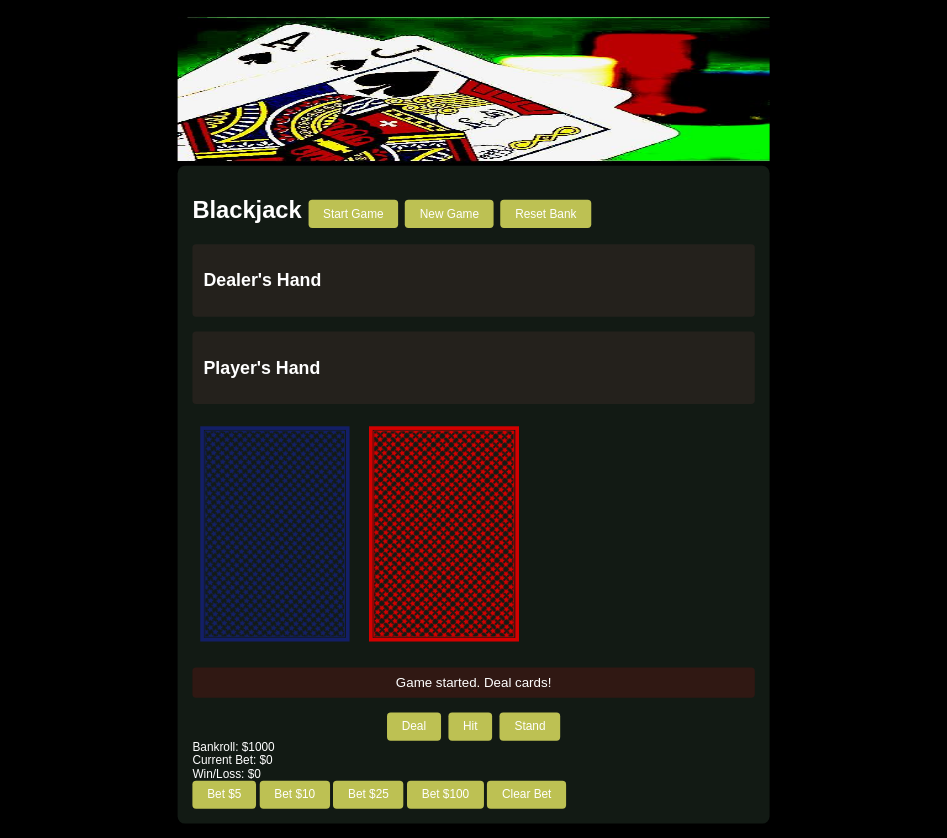
Repository: fahad7252/project-1-blackjack
Page: index.html
The author's editor kept a copy of each file at every save. The page is drawn from the files as they stood at one save, then again after the next save.
The browser window is 1280 px wide. The pictures show the whole page, at 74% of full size.

Above is the page before, as saved 2024-12-02 16:51:40.
Console error: ReferenceError: handleDeal is not defined

### index.html
<!DOCTYPE html>
<html lang="en">
<head>
    <meta charset="UTF-8">
    <meta name="viewport" content="width=device-width, initial-scale=1.0">
    <title>Blackjack Game</title>
    <link rel="stylesheet" href="css/main.css" type="text/css">
    <link rel="stylesheet" href="css/cardstarter.css" type="text/css">
</head>
<body>
    <img src="blackjack.JPG"  class="landing-image">
    <div class="game-board">
        <h1>Blackjack <button id="start-button">Start Game</button>
             <button id="new-game-button">New Game</button>
             <button id="reset-bank-button">Reset Bank</button></h1>
         <div class="hand">
            <h2>Dealer's Hand</h2>
            <div id="dealer-hand"></div>
        </div>

        <div class="hand">
            <h2>Player's Hand</h2>
            <div id="player-hand"></div>
        </div>
        <h3><img src="/images/backs/blue.svg" alt="blue card">
            <img src="/images/backs/red.svg" alt="red card">
        </h3>

        <div id="message">Game started. Deal cards!</div>

        <div class="controls">
            <button id="deal-button">Deal</button>
            <button id="hit-button">Hit</button>
            <button id="stand-button">Stand</button>

        </div>
        <div class="bank-stats">
            <div>Bankroll: $<span id="bankroll">1000</span></div>
            <div>Current Bet: $<span id="current-bet">0</span></div>
            <div>Win/Loss: $<span id="win-loss">0</span></div>
        </div>

        <div class="betting-controls">
            <button id="bet-5">Bet $5</button>
            <button id="bet-10">Bet $10</button>
            <button id="bet-25">Bet $25</button>
            <button id="bet-100">Bet $100</button>
            <button id="clear-bet">Clear Bet</button>
        </div>
    </div>
    <div class="card09"></div>
    <script defer src="js/main.js"></script>
</body>
</html>

### css/main.css
body {
    font-family: Arial, sans-serif;
    max-width: 800px;
    margin: 0 auto;
    padding: 20px;
    background-color: #000000;
    color: white;
}
.landing-image { width: 100%;
     height: auto;
     max-height: 200px;
}
.game-board {
    background-color: #121a14;
    padding: 20px;
    border-radius: 10px;
    box-shadow: 0 0 10px rgba(0, 0, 0, 0.3);
    height: auto;
}
.hand {
    margin: 20px 0;
    padding: 15px;
    background-color: rgba(113, 62, 62, 0.2);
    border-radius: 5px;
}
.controls {
    display: flex;
    gap: 10px;
    justify-content: center;
    margin-top: 20px;
}
button {
    padding: 10px 20px;
    font-size: 16px;
    cursor: pointer;
    background-color: #bdc153;
    color: white;
    border: none;
    border-radius: 5px;
}
button:disabled {
    background-color: #cccccc;
    cursor: not-allowed;
}
#message {
    text-align: center;
    font-size: 18px;
    margin: 20px 0;
    padding: 10px;
    background-color: rgba(168, 17, 17, 0.2);
    border-radius: 5px;
}

### css/cardstarter.css
@charset "UTF-8";
.card {
  box-sizing: border-box;
  display: inline-block;
  margin: 5px 5px 50px 5px;
  cursor: pointer;
  /* Set the card's dimensions, and size it relative to
     it's font size. */
  font-size: inherit;
  width: 4.0em;
  height: 5.5em;
  /* Add a default background color and border. */
  background-color: #fff;
  border-radius: 0.20em;
  border: 1px solid #c3c3c3;
  /* Scale and set the background settings. */
  background-repeat: no-repeat;
  background-position: center center;
  background-size: contain;
  /* "Hide" any text within the element (use text to be
     simply compliant with screen readers, etc.). */
  text-indent: 100%;
  white-space: nowrap;
  overflow: hidden;
  /* Default sizes for cards (size based off the font). */
  /* Optional styles for cards: borderless and drop shadow. */
  /* Not a card, but a card-shaped outline to represent a
     droppable place, like an empty pile. */ }
  .card.small {
    font-size: 12px; }
  .card.large {
    font-size: 26px; }
  .card.xlarge {
    font-size: 42px; }
  .card.no-border {
    border: 0; }
  .card.shadow {
    box-shadow: 2px 2px 3px 0 rgba(41, 41, 41, 0.75); }
  .card.outline {
    background-image: none;
    background-color: rgba(195, 195, 195, 0.5);
    border: 0.15em dashed #daa520; }

.card.diamonds.A,
.card.dA,
.card.♦A {
  background-image: url("../images/diamonds/diamonds-A.svg"); }

.card.diamonds.K,
.card.dK,
.card.♦K {
  background-image: url("../images/diamonds/diamonds-K.svg"); }

.card.diamonds.Q,
.card.dQ,
.card.♦Q {
  background-image: url("../images/diamonds/diamonds-Q.svg"); }

.card.diamonds.J,
.card.dJ,
.card.♦J {
  background-image: url("../images/diamonds/diamonds-J.svg"); }

.card.diamonds.r10,
.card.d10,
.card.♦10 {
  background-image: url("../images/diamonds/diamonds-r10.svg"); }

.card.diamonds.r09,
.card.d09,
.card.♦09 {
  background-image: url("../images/diamonds/diamonds-r09.svg"); }

.card.diamonds.r08,
.card.d08,
.card.♦08 {
  background-image: url("../images/diamonds/diamonds-r08.svg"); }

.card.diamonds.r07,
.card.d07,
.card.♦07 {
  background-image: url("../images/diamonds/diamonds-r07.svg"); }

.card.diamonds.r06,
.card.d06,
.card.♦06 {
  background-image: url("../images/diamonds/diamonds-r06.svg"); }

.card.diamonds.r05,
.card.d05,
.card.♦05 {
  background-image: url("../images/diamonds/diamonds-r05.svg"); }

.card.diamonds.r04,
.card.d04,
.card.♦04 {
  background-image: url("../images/diamonds/diamonds-r04.svg"); }

.card.diamonds.r03,
.card.d03,
.card.♦03 {
  background-image: url("../images/diamonds/diamonds-r03.svg"); }

.card.diamonds.r02,
.card.d02,
.card.♦02 {
  background-image: url("../images/diamonds/diamonds-r02.svg"); }

.card.hearts.A,
.card.hA,
.card.♥A {
  background-image: url("../images/hearts/hearts-A.svg"); }

.card.hearts.K,
.card.hK,
.card.♥K {
  background-image: url("../images/hearts/hearts-K.svg"); }

.card.hearts.Q,
.card.hQ,
.card.♥Q {
  background-image: url("../images/hearts/hearts-Q.svg"); }

.card.hearts.J,
.card.hJ,
.card.♥J {
  background-image: url("../images/hearts/hearts-J.svg"); }

.card.hearts.r10,
.card.h10,
.card.♥10 {
  background-image: url("../images/hearts/hearts-r10.svg"); }

.card.hearts.r09,
.card.h09,
.card.♥09 {
  background-image: url("../images/hearts/hearts-r09.svg"); }

.card.hearts.r08,
.card.h08,
.card.♥08 {
  background-image: url("../images/hearts/hearts-r08.svg"); }

.card.hearts.r07,
.card.h07,
.card.♥07 {
  background-image: url("../images/hearts/hearts-r07.svg"); }

.card.hearts.r06,
.card.h06,
.card.♥06 {
  background-image: url("../images/hearts/hearts-r06.svg"); }

.card.hearts.r05,
.card.h05,
.card.♥05 {
  background-image: url("../images/hearts/hearts-r05.svg"); }

.card.hearts.r04,
.card.h04,
.card.♥04 {
  background-image: url("../images/hearts/hearts-r04.svg"); }

.card.hearts.r03,
.card.h03,
.card.♥03 {
  background-image: url("../images/hearts/hearts-r03.svg"); }

.card.hearts.r02,
.card.h02,
.card.♥02 {
  background-image: url("../images/hearts/hearts-r02.svg"); }

.card.spades.A,
.card.sA,
.card.♠A {
  background-image: url("../images/spades/spades-A.svg"); }

.card.spades.K,
.card.sK,
.card.♠K {
  background-image: url("../images/spades/spades-K.svg"); }

.card.spades.Q,
.card.sQ,
.card.♠Q {
  background-image: url("../images/spades/spades-Q.svg"); }

.card.spades.J,
.card.sJ,
.card.♠J {
  background-image: url("../images/spades/spades-J.svg"); }

.card.spades.r10,
.card.s10,
.card.♠10 {
  background-image: url("../images/spades/spades-r10.svg"); }

.card.spades.r09,
.card.s09,
.card.♠09 {
  background-image: url("../images/spades/spades-r09.svg"); }

.card.spades.r08,
.card.s08,
.card.♠08 {
  background-image: url("../images/spades/spades-r08.svg"); }

.card.spades.r07,
.card.s07,
.card.♠07 {
  background-image: url("../images/spades/spades-r07.svg"); }

.card.spades.r06,
.card.s06,
.card.♠06 {
  background-image: url("../images/spades/spades-r06.svg"); }

.card.spades.r05,
.card.s05,
.card.♠05 {
  background-image: url("../images/spades/spades-r05.svg"); }

.card.spades.r04,
.card.s04,
.card.♠04 {
  background-image: url("../images/spades/spades-r04.svg"); }

.card.spades.r03,
.card.s03,
.card.♠03 {
  background-image: url("../images/spades/spades-r03.svg"); }

.card.spades.r02,
.card.s02,
.card.♠02 {
  background-image: url("../images/spades/spades-r02.svg"); }

.card.clubs.A,
.card.cA,
.card.♣A {
  background-image: url("../images/clubs/clubs-A.svg"); }

.card.clubs.K,
.card.cK,
.card.♣K {
  background-image: url("../images/clubs/clubs-K.svg"); }

.card.clubs.Q,
.card.cQ,
.card.♣Q {
  background-image: url("../images/clubs/clubs-Q.svg"); }

.card.clubs.J,
.card.cJ,
.card.♣J {
  background-image: url("../images/clubs/clubs-J.svg"); }

.card.clubs.r10,
.card.c10,
.card.♣10 {
  background-image: url("../images/clubs/clubs-r10.svg"); }

.card.clubs.r09,
.card.c09,
.card.♣09 {
  background-image: url("../images/clubs/clubs-r09.svg"); }

.card.clubs.r08,
.card.c08,
.card.♣08 {
  background-image: url("../images/clubs/clubs-r08.svg"); }

.card.clubs.r07,
.card.c07,
.card.♣07 {
  background-image: url("../images/clubs/clubs-r07.svg"); }

.card.clubs.r06,
.card.c06,
.card.♣06 {
  background-image: url("../images/clubs/clubs-r06.svg"); }

.card.clubs.r05,
.card.c05,
.card.♣05 {
  background-image: url("../images/clubs/clubs-r05.svg"); }

.card.clubs.r04,
.card.c04,
.card.♣04 {
  background-image: url("../images/clubs/clubs-r04.svg"); }

.card.clubs.r03,
.card.c03,
.card.♣03 {
  background-image: url("../images/clubs/clubs-r03.svg"); }

.card.clubs.r02,
.card.c02,
.card.♣02 {
  background-image: url("../images/clubs/clubs-r02.svg"); }

.card.joker {
  background-image: url("../images/jokers/joker.svg"); }

.card.joker-black {
  background-image: url("../images/jokers/joker-black.svg"); }

.card.joker-red {
  background-image: url("../images/jokers/joker-red.svg"); }

.card.back {
  background-image: url("../images/backs/blue.svg"); }

.card.back-blue {
  background-image: url("../images/backs/blue.svg"); }

.card.back-red {
  background-image: url("../images/backs/red.svg"); }

.card.tot {
  background-image: url("../images/backs/tot.png");
}

/* Re-orients the cards for different directions. While
   they are symmetric, it's still important to orient
   them correctly in case text or other symbols are
   layered on them with CSS pseudo-selectors, new
   classes/rules, etc. */
.card.west,
.card.W {
  transform: rotate(90deg);
  margin: auto 0.75em; }
  .card.west.shadow,
  .card.W.shadow {
    box-shadow: 2px -2px 3px 0 rgba(41, 41, 41, 0.75); }

.card.north,
.card.N {
  transform: rotate(180deg); }
  .card.north.shadow,
  .card.N.shadow {
    box-shadow: -2px -2px 3px 0 rgba(41, 41, 41, 0.75); }

.card.east,
.card.E {
  transform: rotate(270deg);
  margin: auto 0.75em; }
  .card.east.shadow,
  .card.E.shadow {
    box-shadow: -2px 2px 3px 0 rgba(41, 41, 41, 0.75); }

### js/main.js
 /*----- constants -----*/
  const suits = ["Hearts", "Diamond", "Clubs", "Spades"];
  const values = ["2", "3", "4", "5", "6", "7", "8", "9", "10", "J", "Q", "K", "A"];

  /*----- state variables -----*/

   let deck = [];
   let playerHand = [];
   let dealerHand = [];
   let bankroll = 1000;
   let currentBet = 0;
   let winLoss = 0;

  /*----- cached elements  -----*/
const messageElement = document.getElementById('message');
const dealerHandElement = document.getElementById('dealer-hand');
const playerHandElement = document.getElementById('player-hand');
const bankrollElement = document.getElementById('bankroll');
const currentBetElement = document.getElementById('current-bet');
const winLossElement = document.getElementById('win-loss');

  /*----- event listeners -----*/
  document.addEventListener('DOMContentLoaded', init);
  document.getElementById('deal-button').addEventListener('click', handleDeal);
  document.getElementById('hit-button').addEventListener('click', handleHit);
  document.getElementById('stand-button').addEventListener('click', handleStand);
  document.getElementById('start-button').addEventListener('click', startGame);
  document.getElementById('new-game-button').addEventListener('click', newGame);
  document.getElementById('reset-bank-button').addEventListener('click', resetBank);

  /*----- functions -----*/
  function init() {

    createDeck();
    shuffleDeck();
    startGame();
    stakeMoney();
     playerHand = [];
      dealerHand = [];
       message.textContent = 'Game started. Deal cards!';

        updateHands();
        hitStand();
        winnerLoser();
        newGame();
        resetBank();
       render()
  }

After the next save:
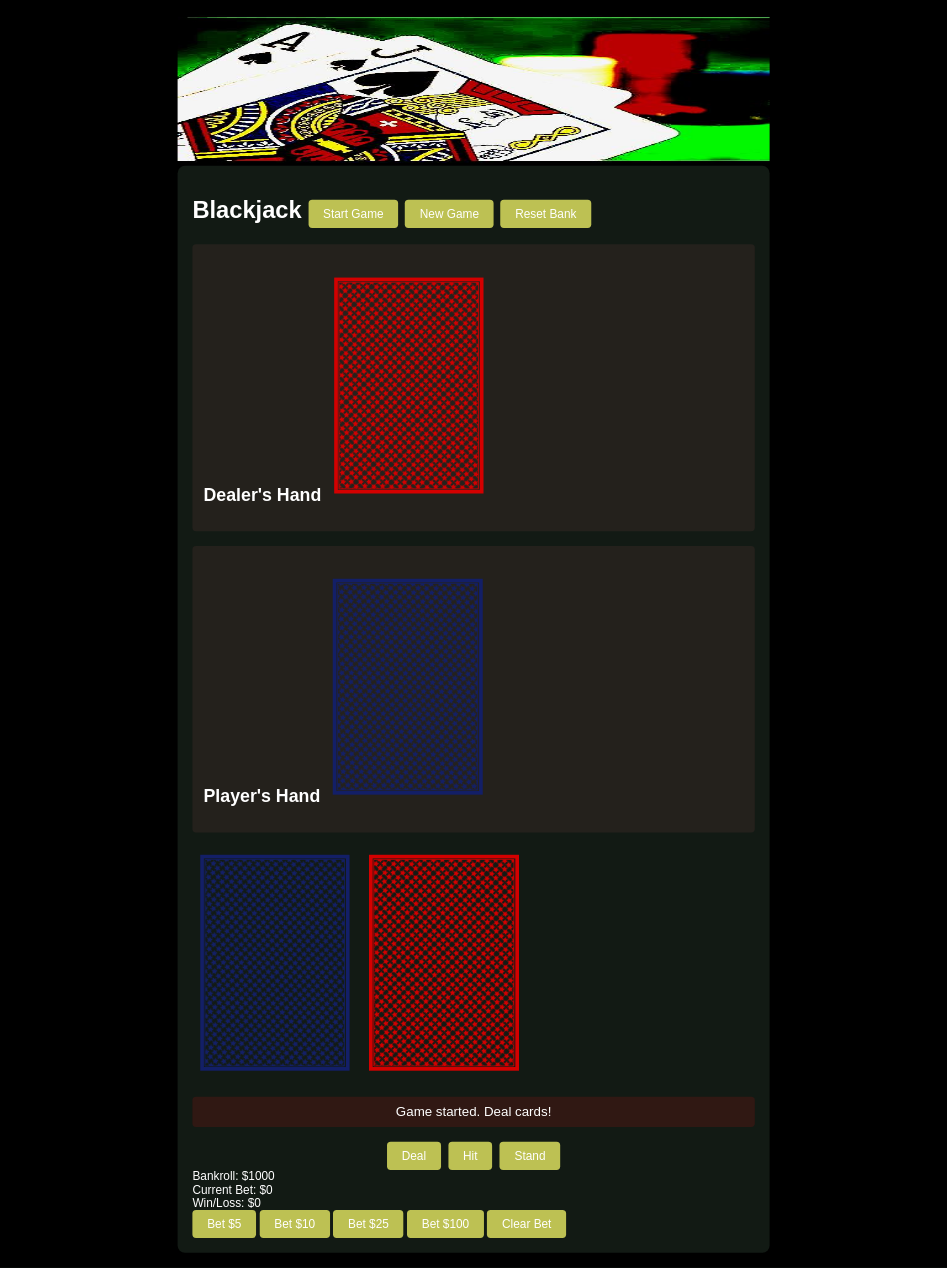
Saved 2 min 56 s later.
--- a/index.html
+++ b/index.html
@@ -14,12 +14,12 @@
              <button id="new-game-button">New Game</button>
              <button id="reset-bank-button">Reset Bank</button></h1>
          <div class="hand">
-            <h2>Dealer's Hand</h2>
+            <h2>Dealer's Hand <img src="/images/backs/red.svg" alt="red card"></h2>
             <div id="dealer-hand"></div>
         </div>
 
         <div class="hand">
-            <h2>Player's Hand</h2>
+            <h2>Player's Hand <img src="/images/backs/blue.svg" alt="blue card"></h2>
             <div id="player-hand"></div>
         </div>
         <h3><img src="/images/backs/blue.svg" alt="blue card">
